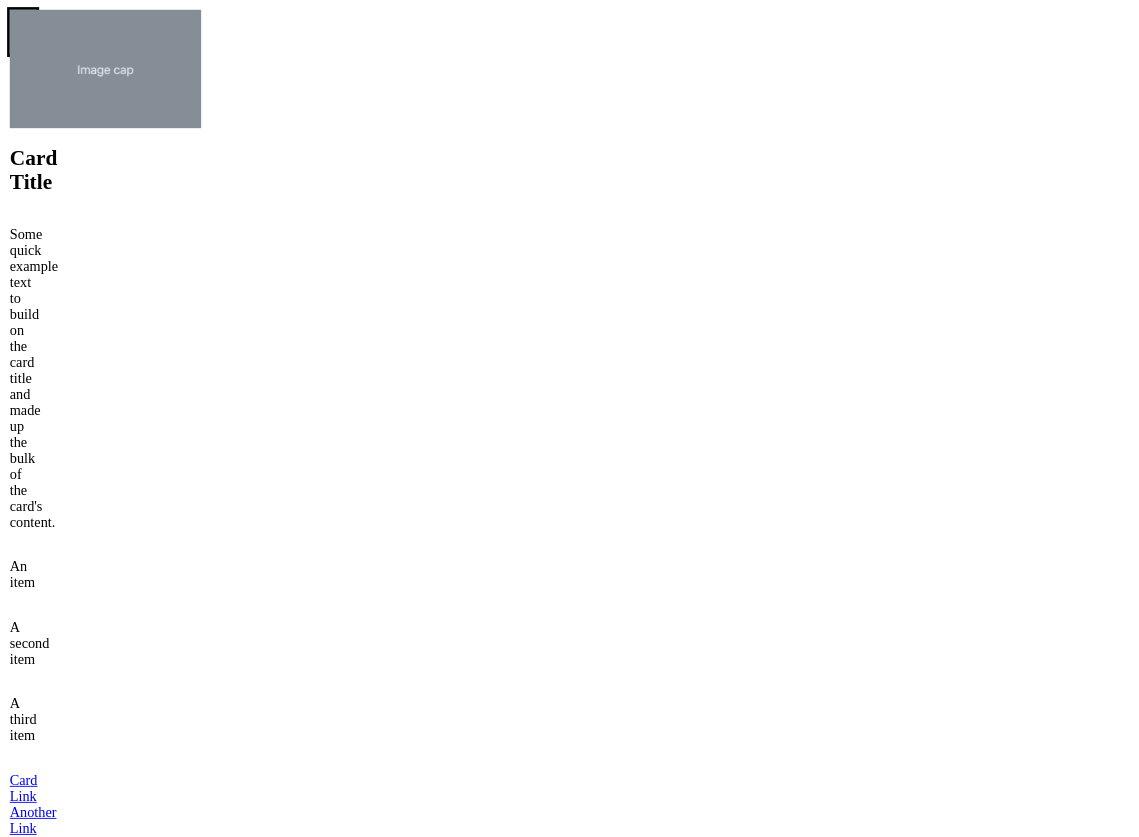
Repository: tr2cky/nav
Page: card.html
The author's editor kept a copy of each file at every save. The page is drawn from the files as they stood at one save, then again after the next save.
The browser window is 1280 px wide. The pictures show the whole page, at 89% of full size.

Above is the page before, as saved 2022-09-27 16:04:48.

### card.html
<!DOCTYPE html>
<html lang="en">

<head>
    <meta charset="UTF-8">
    <meta http-equiv="X-UA-Compatible" content="IE=edge">
    <meta name="viewport" content="width=device-width, initial-scale=1.0">
    <title>Document</title>
    <link rel="stylesheet" href="style.css">
</head>

<body>
    <article class="container">
        <img src="imagecap.png" width="215" alt="Image Cap">
        <h2>Card Title</h2>
        <p>Some quick example text to build <br>
            on the card title and made up the <br>
            bulk of the card's content.</p>
        <p>An item</p>
        <p>A second item</p>
        <p>A third item</p>
        <p><a href="https://google.com">Card Link</a> <a href="https://twitter.com">Another Link</a></p>
    </article>
</body>

</html>

### style.css
.container {
    display: flex;
    flex-direction: column;
    border: 3px solid black;
    width: 30px;
    height: 50px;
}

After the next save:
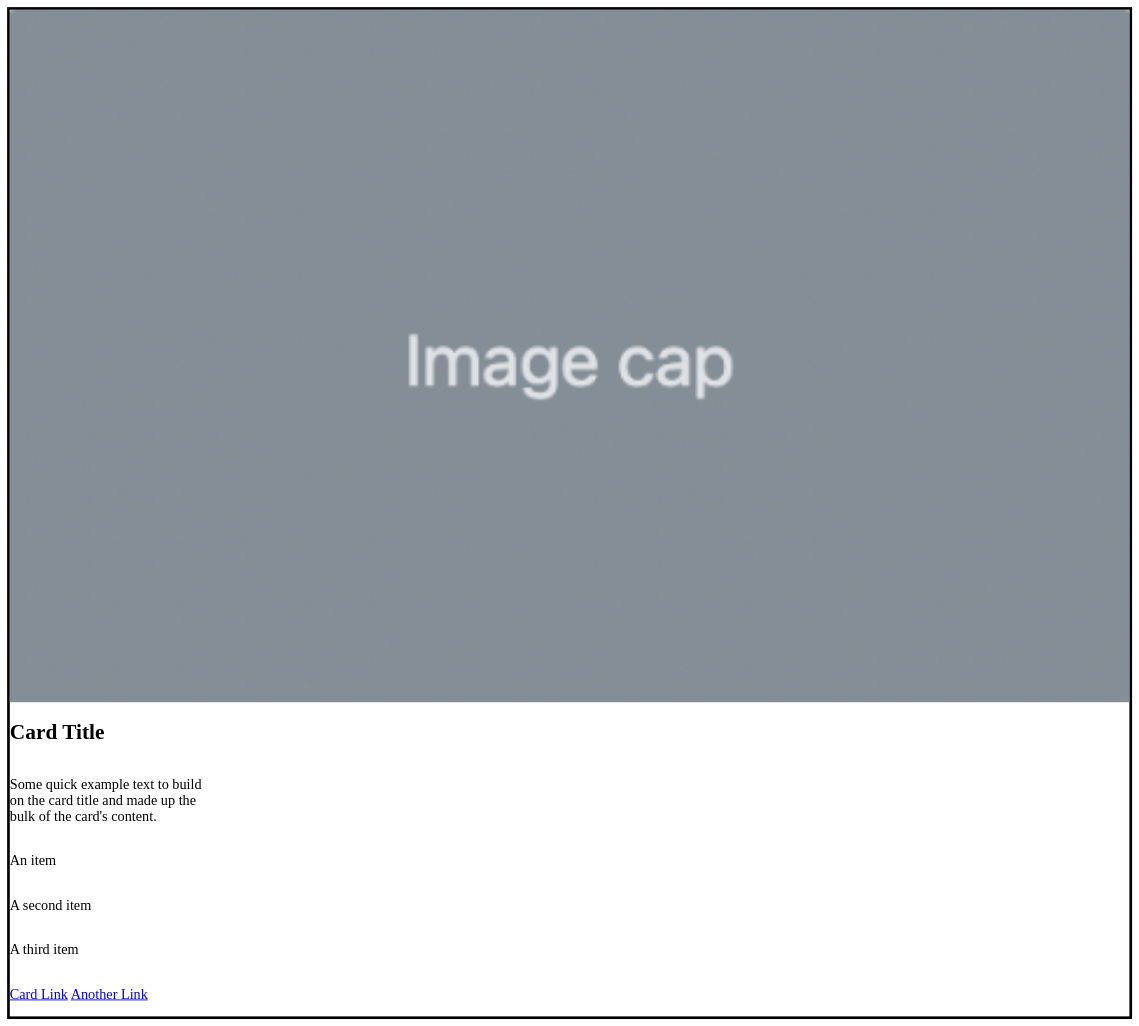
Saved 59 s later.
--- a/card.html
+++ b/card.html
@@ -11,7 +11,7 @@
 
 <body>
     <article class="container">
-        <img src="imagecap.png" width="215" alt="Image Cap">
+        <img src="imagecap.png" alt="Image Cap">
         <h2>Card Title</h2>
         <p>Some quick example text to build <br>
             on the card title and made up the <br>
--- a/style.css
+++ b/style.css
@@ -2,6 +2,4 @@
     display: flex;
     flex-direction: column;
     border: 3px solid black;
-    width: 30px;
-    height: 50px;
 }
